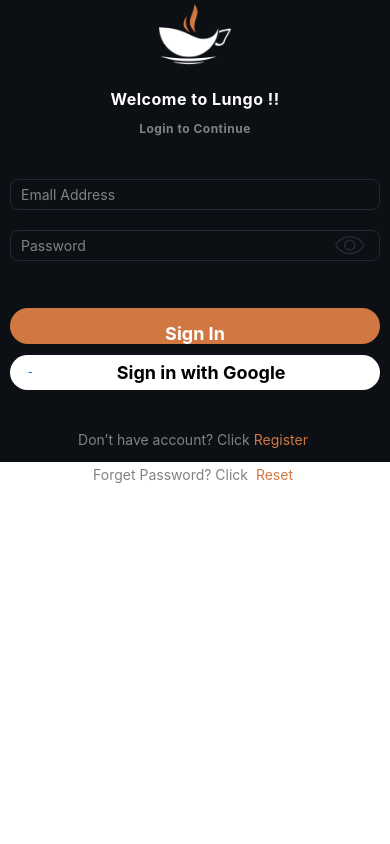
Repository: nguoilaisaochoi/App-coffe
Screen: /
These files come from the project's save history. The screen is drawn as it stood at one moment and after the next save; the edit follows.
The app was drawn by React Native's web renderer in a window 390 px wide. The project was rebuilt for these pictures with package versions that can differ from the ones it lists, and the page was loaded fresh each time.

Above is the screen before, as saved 2024-01-12 21:03:00.

After the next save:
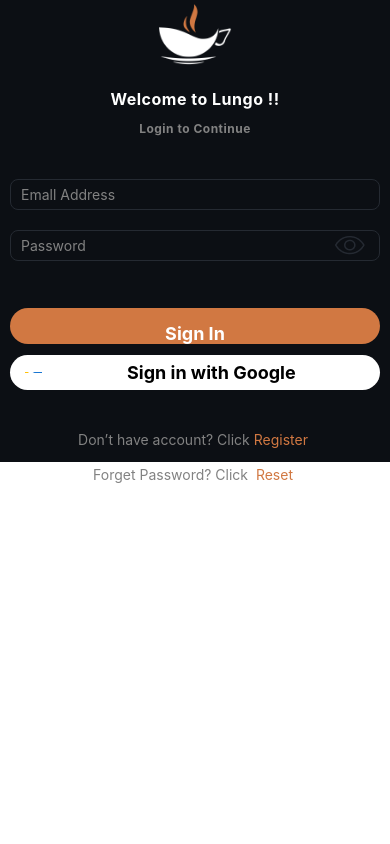
Saved 5 s later.
--- a/src/Login.js
+++ b/src/Login.js
@@ -172,7 +172,7 @@
     marginLeft: '25%',
   },
   icongg:{
-    width:'2%',
+    width:'5%',
     height:'2%',
   },
   donacc: {
